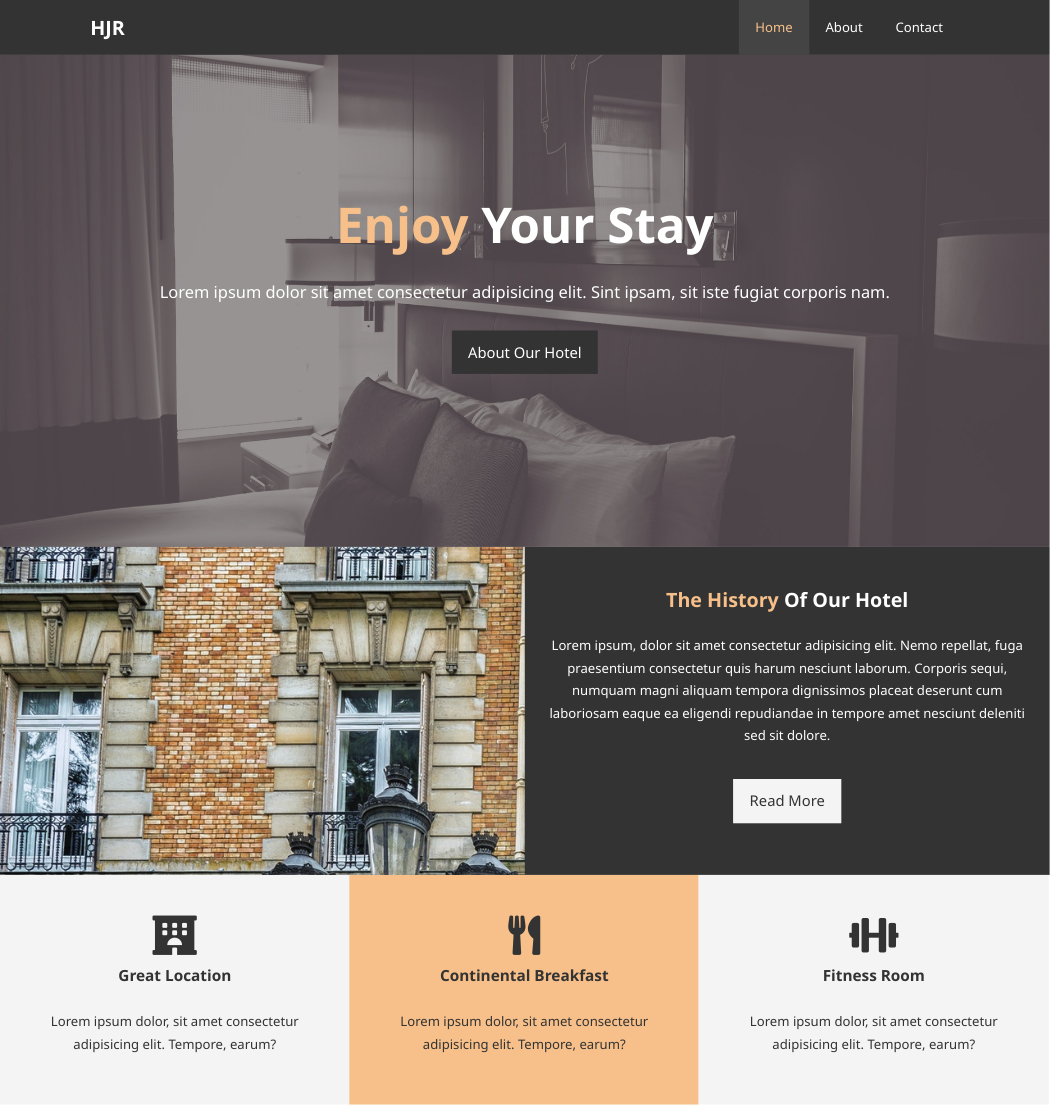
Repository: dimlutine/Hotel-Project
Page: index.html
An editor plug-in stored every save of this project. The page is shown before and after the next save, followed by the edit.
The browser window is 1280 px wide. The pictures show the whole page, at 82% of full size.
Some web libraries are served in a nearby version.

Above is the page before, as saved 2019-07-05 22:36:19.

### index.html
<!DOCTYPE html>
<html lang="en">

<head>
    <meta charset="UTF-8">
    <meta name="viewport" content="width=device-width, initial-scale=1.0">
    <meta http-equiv="X-UA-Compatible" content="ie=edge">
    <meta name="description" content="Welcome to the neatest hotel in Durham, North Carolina!">
    <meta name="keywords" content="hotel,durham hotel, north carolina hotel, rdu hotel">
    <link rel="stylesheet" href="https://use.fontawesome.com/releases/v5.6.1/css/all.css" integrity="sha384-gfdkjb5BdAXd+lj+gudLWI+BXq4IuLW5IT+brZEZsLFm++aCMlF1V92rMkPaX4PP" crossorigin="anonymous">
    <link rel="stylesheet" href="css/style.css">
    <title>Hotel JR | Durham Hotel</title>
</head>

<body>
    <header>
        <nav id="navbar">
            <div class="container">
                <h1 class="logo"><a href="index.html">HJR</a></h1>
                <ul>
                    <li><a class="current" href="index.html">Home</a></li>
                    <li><a href="about.html">About</a></li>
                    <li><a href="contact.html">Contact</a></li>
                </ul>
            </div>

        </nav>
        <div id="showcase">
            <div class="container">
                <div class="showcase-content">
                    <h1>
                        <span class="text-primary">Enjoy</span> Your Stay
                    </h1>
                    <p class="lead">Lorem ipsum dolor sit amet consectetur adipisicing elit. Sint ipsam, sit iste fugiat corporis nam.</p>
                    <a class="btn" href="about.html">About Our Hotel</a>
                </div>
            </div>
        </div>
    </header>

    <section id="home-info" class="bg-dark">
        <div class="info-img"></div>
        <div class="info-content">
            <h2><span class="text-primary">The History </span>Of Our Hotel</h2>
            <p>Lorem ipsum, dolor sit amet consectetur adipisicing elit. Nemo repellat, fuga praesentium consectetur quis harum nesciunt laborum. Corporis sequi, numquam magni aliquam tempora dignissimos placeat deserunt cum laboriosam eaque ea eligendi
                repudiandae in tempore amet nesciunt deleniti sed sit dolore.</p>
            <a href="about.html" class="btn btn-light">Read More</a>
        </div>
    </section>

    <section id="features">
        <div class="box bg-light">
            <i class="fas fa-hotel fa-3x"></i>
            <h3>Great Location</h3>
            <p>Lorem ipsum dolor, sit amet consectetur adipisicing elit. Tempore, earum?</p>
        </div>
        <div class="box bg-primary">
            <i class="fas fa-utensils fa-3x"></i>
            <h3>Continental Breakfast</h3>
            <p>Lorem ipsum dolor, sit amet consectetur adipisicing elit. Tempore, earum?</p>
        </div>
        <div class="box bg-light">
            <i class="fas fa-dumbbell fa-3x"></i>
            <h3>Fitness Room</h3>
            <p>Lorem ipsum dolor, sit amet consectetur adipisicing elit. Tempore, earum?</p>
        </div>
    </section>
</body>

</html>

### css/style.css
* {
    padding: 0;
    margin: 0;
    box-sizing: border-box;
}

html,
body {
    font-family: 'Segoe UI', 'Segoe UI', Tahoma, Geneva, Verdana, sans-serif;
    line-height: 1.7em;
}

a {
    color: #333;
    text-decoration: none;
}

h1,
h2,
h3 {
    padding-bottom: 20px;
}

p {
    margin: 10px 0;
}


/* Utilities */

.container {
    margin: auto;
    max-width: 1100px;
    overflow: auto;
    padding: 0 20px;
}

.text-primary {
    color: #f7c08a;
}

.lead {
    font-size: 20px;
}

.btn {
    display: inline-block;
    font-size: 18px;
    color: #fff;
    background: #333;
    padding: 13px 20px;
    border: none;
    cursor: pointer;
}

.btn:hover {
    background: #f7c08a;
    color: #333;
}

.btn-light {
    background: #f4f4f4;
    color: #333;
}

.bg-dark {
    background: #333;
    color: #fff;
}

.bg-light {
    background: #f4f4f4;
    color: #333;
}

.bg-primary {
    background: #f7c08a;
    color: #333;
}

#navbar {
    background: #333;
    color: #fff;
    overflow: auto;
}

#navbar a {
    color: #fff;
}

#navbar h1 {
    float: left;
    padding-top: 20px;
}

#navbar ul {
    float: right;
    list-style: none;
}

#navbar ul li {
    float: left;
}

#navbar ul li a {
    display: block;
    padding: 20px;
    text-align: center;
}

#navbar ul li a:hover,
#navbar ul li a.current {
    background: #444;
    color: #f7c08a;
}


/* Showcase */

#showcase {
    background: url('../img/showcase.jpg') no-repeat center center/cover;
    height: 600px;
}

#showcase .showcase-content {
    color: #fff;
    text-align: center;
    padding-top: 170px;
}

#showcase .showcase-content h1 {
    font-size: 60px;
    line-height: 1.2em;
}

#showcase .showcase-content p {
    padding-bottom: 20px;
    line-height: 1.7em;
}


/* Home Info */

#home-info {
    height: 400px;
}

#home-info .info-img {
    float: left;
    width: 50%;
    background: url('../img/photo-1.jpg') no-repeat;
    min-height: 100%;
}

#home-info .info-content {
    float: right;
    width: 50%;
    height: 100%;
    text-align: center;
    padding: 50px 30px;
    overflow: hidden;
}

#home-info .info-content p {
    padding-bottom: 30px;
}


/*Features*/

.box {
    float: left;
    width: 33.3%;
    padding: 50px;
    text-align: center;
}

.box i {
    margin-bottom: 10px;
}

After the next save:
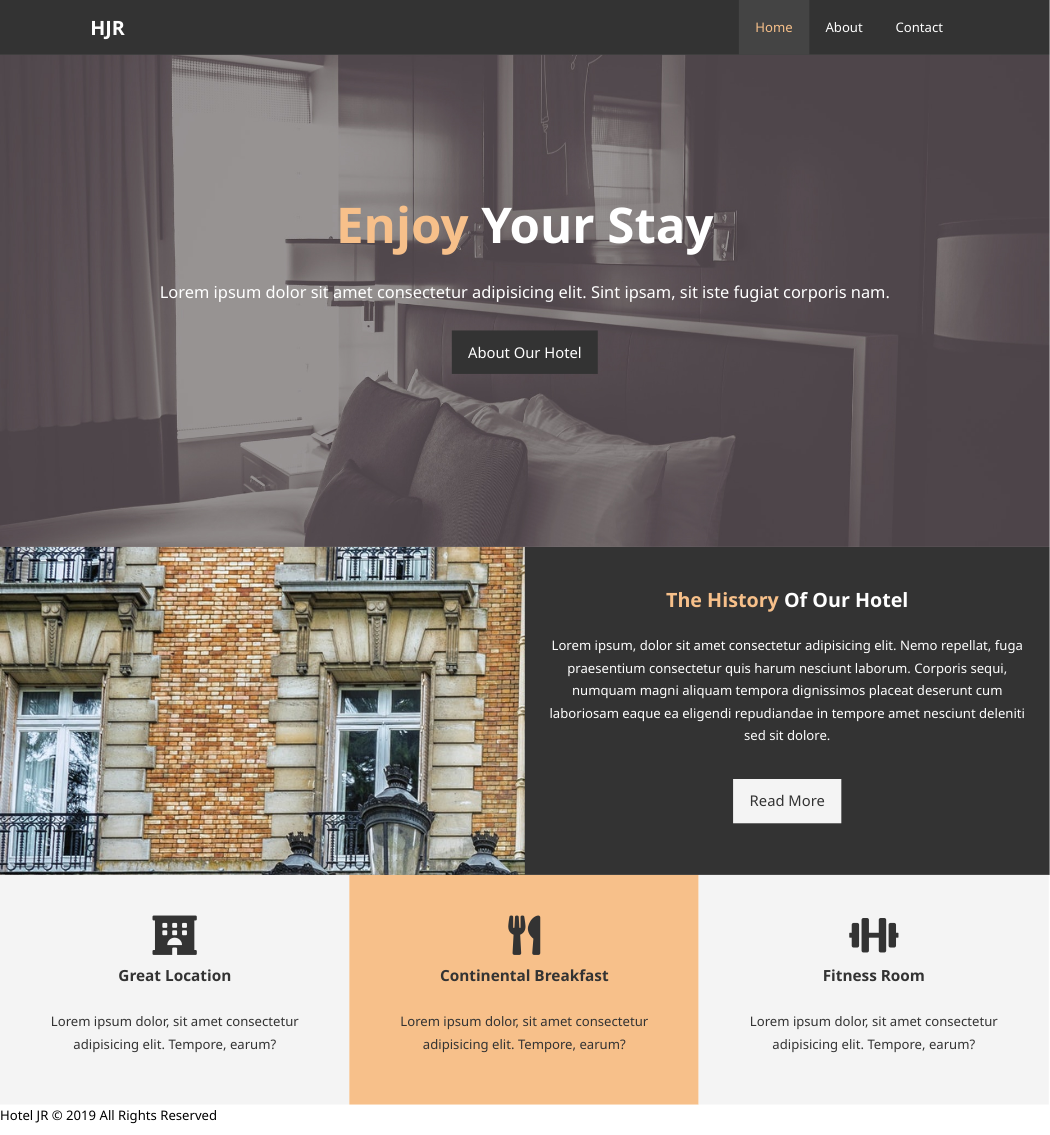
Saved 87 s later.
--- a/index.html
+++ b/index.html
@@ -65,6 +65,9 @@
             <p>Lorem ipsum dolor, sit amet consectetur adipisicing elit. Tempore, earum?</p>
         </div>
     </section>
+    <footer id="main-footer">
+        <p>Hotel JR &copy; 2019 All Rights Reserved</p>
+    </footer>
 </body>
 
 </html>
